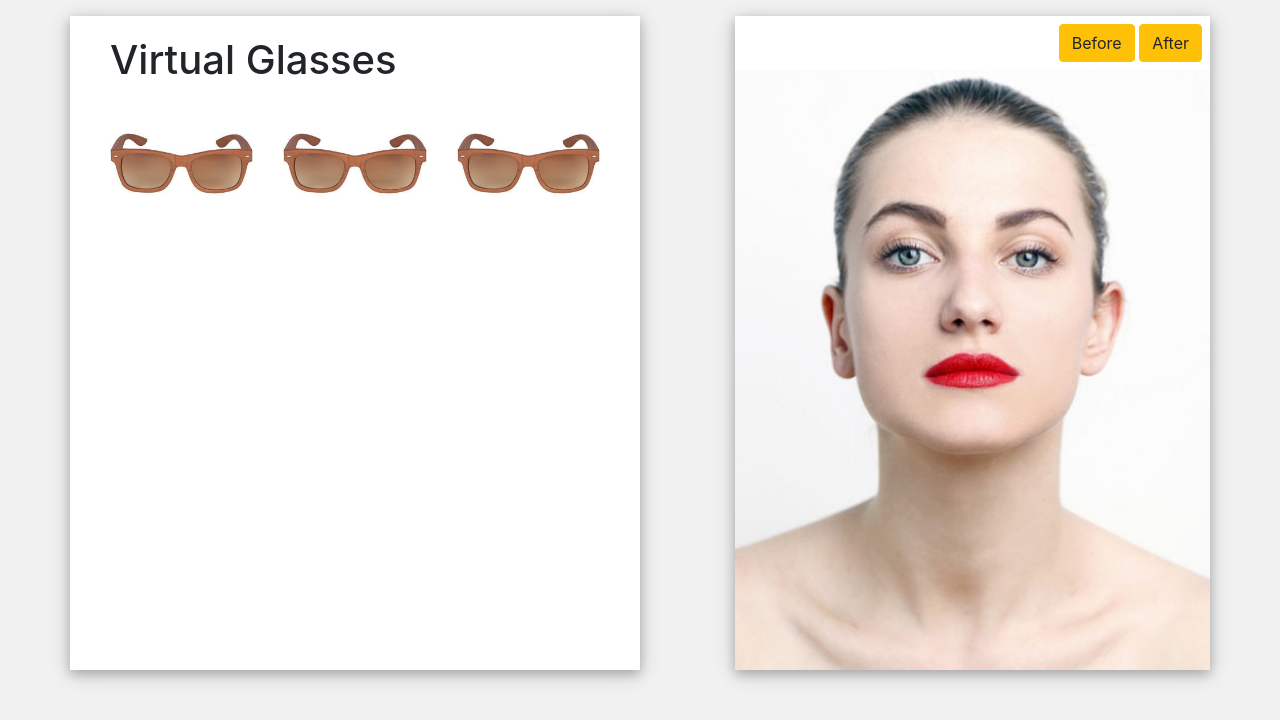
Repository: Khoi300399/BC35E_ES6_B2_MaThanhKhoi
Page: index.html
These files come from the project's save history. The page is drawn as it stood at one moment and after the next save; the edit follows.
The browser window is 1280 px wide. The pictures show the whole page.

Above is the page before, as saved 2022-10-21 17:43:37.

### index.html
<!DOCTYPE html>
<html lang="en">
  <head>
    <title>Virtual Glasses</title>
    <!-- Required meta tags -->
    <meta charset="utf-8" />
    <meta
      name="viewport"
      content="width=device-width, initial-scale=1, shrink-to-fit=no"
    />

    <!-- Bootstrap CSS -->
    <link
      rel="stylesheet"
      href="https://stackpath.bootstrapcdn.com/bootstrap/4.3.1/css/bootstrap.min.css"
      integrity="sha384-ggOyR0iXCbMQv3Xipma34MD+dH/1fQ784/j6cY/iJTQUOhcWr7x9JvoRxT2MZw1T"
      crossorigin="anonymous"
    />

    <!-- Main CSS -->
    <link rel="stylesheet" href="./css/index.css" />
  </head>

  <body>
    <div class="container vglasses py-3">
      <div class="row justify-content-between">
        <div class="col-6 vglasses__left">
          <div class="row">
            <div class="col-12">
              <h1 class="mb-2">Virtual Glasses</h1>
            </div>
          </div>
          <div class="row" id="vglassesList">
            <div class="col-4 .vglasses__items">
              <img src="./img/g1.jpg" alt="" />
            </div>

            <div class="col-4 .vglasses__items">
              <img src="./img/g1.jpg" alt="" />
            </div>

            <div class="col-4 .vglasses__items">
              <img src="./img/g1.jpg" alt="" />
            </div>
          </div>
        </div>
        <div class="col-5 vglasses__right p-0">
          <div class="vglasses__card">
            <div class="mb-2 text-right mt-2 mr-2">
              <button class="btn btn-warning" onclick="removeGlasses(false)">
                Before
              </button>
              <button class="btn btn-warning" onclick="removeGlasses(true)">
                After
              </button>
            </div>
            <div class="vglasses__model" id="avatar"></div>
            <div id="glassesInfo" class="vglasses__info"></div>
          </div>
        </div>
      </div>
    </div>

    <!-- Optional JavaScript -->
    <!-- jQuery first, then Popper.js, then Bootstrap JS -->
    <script
      src="https://code.jquery.com/jquery-3.4.1.js"
      integrity="sha256-WpOohJOqMqqyKL9FccASB9O0KwACQJpFTUBLTYOVvVU="
      crossorigin="anonymous"
    ></script>
    <!-- <script src="https://code.jquery.com/jquery-3.3.1.slim.min.js" integrity="sha384-q8i/X+965DzO0rT7abK41JStQIAqVgRVzpbzo5smXKp4YfRvH+8abtTE1Pi6jizo" crossorigin="anonymous"></script> -->
    <script
      src="https://cdnjs.cloudflare.com/ajax/libs/popper.js/1.14.7/umd/popper.min.js"
      integrity="sha384-UO2eT0CpHqdSJQ6hJty5KVphtPhzWj9WO1clHTMGa3JDZwrnQq4sF86dIHNDz0W1"
      crossorigin="anonymous"
    ></script>
    <script
      src="https://stackpath.bootstrapcdn.com/bootstrap/4.3.1/js/bootstrap.min.js"
      integrity="sha384-JjSmVgyd0p3pXB1rRibZUAYoIIy6OrQ6VrjIEaFf/nJGzIxFDsf4x0xIM+B07jRM"
      crossorigin="anonymous"
    ></script>

    <!-- MAIN JS -->
    <script type="module" src="./js/main.js"></script>
  </body>
</html>

### css/index.css
/* GLOBAL */
* {
  box-sizing: border-box;
}
body {
  background: #f1f1f1;
}

/* MAIN CSS */
.vglasses__left {
  background-color: white;
  padding: 20px 40px;
  box-shadow: 0 4px 10px 0 rgba(0, 0, 0, 0.2), 0 4px 20px 0 rgba(0, 0, 0, 0.19);
}
.vglasses__left .col-4 {
  align-self: center;
}
.vglasses__items {
  cursor: pointer;
  width: 50px;
  height: 50px;
}

.vglasses__left img {
  width: 100%;
  height: 100%;
}

.vglasses__right {
  box-shadow: 0 4px 10px 0 rgba(0, 0, 0, 0.2), 0 4px 20px 0 rgba(0, 0, 0, 0.19);
}

.vglasses__model {
  background-image: url("../img/model.jpg");
  background-position: center top;
  background-size: cover;
  height: 600px;
}

.vglasses__model img {
  position: absolute;
  top: 32%;
  left: 25%;
  width: 238px;
  height: 85px;
  opacity: 0.9;
}

.vglasses__card {
  position: relative;
  overflow: hidden;
  background-color: white;
}

.vglasses__info {
  position: absolute;
  bottom: 0;
  left: 0;
  background-color: rgba(0, 0, 0, 0.7);
  width: 100%;
  color: white;
  padding: 20px;
  display: none;
}

#glasses {
  transition: all 0.5s;
}

### js/main.js
let dataGlasses = [
    { id: "G1", src: "./img/g1.jpg", virtualImg: "./img/v1.png", brand: "Armani Exchange", name: "Bamboo wood", color: "Brown", price: 150, description: "Lorem ipsum dolor sit amet consectetur adipisicing elit. Nobis ea voluptates officiis? " },
    { id: "G2", src: "./img/g2.jpg", virtualImg: "./img/v2.png", brand: "Arnette", name: "American flag", color: "American flag", price: 150, description: "Lorem ipsum dolor, sit amet consectetur adipisicing elit. In assumenda earum eaque doloremque, tempore distinctio." },
    { id: "G3", src: "./img/g3.jpg", virtualImg: "./img/v3.png", brand: "Burberry", name: "Belt of Hippolyte", color: "Blue", price: 100, description: "Lorem ipsum dolor, sit amet consectetur adipisicing elit." },
    { id: "G4", src: "./img/g4.jpg", virtualImg: "./img/v4.png", brand: "Coarch", name: "Cretan Bull", color: "Red", price: 100, description: "In assumenda earum eaque doloremque, tempore distinctio." },
    { id: "G5", src: "./img/g5.jpg", virtualImg: "./img/v5.png", brand: "D&G", name: "JOYRIDE", color: "Gold", price: 180, description: "Lorem ipsum dolor, sit amet consectetur adipisicing elit. Error odio minima sit labore optio officia?" },
    { id: "G6", src: "./img/g6.jpg", virtualImg: "./img/v6.png", brand: "Polo", name: "NATTY ICE", color: "Blue, White", price: 120, description: "Lorem ipsum dolor, sit amet consectetur adipisicing elit." },
    { id: "G7", src: "./img/g7.jpg", virtualImg: "./img/v7.png", brand: "Ralph", name: "TORTOISE", color: "Black, Yellow", price: 120, description: "Lorem ipsum dolor sit amet consectetur adipisicing elit. Enim sint nobis incidunt non voluptate quibusdam." },
    { id: "G8", src: "./img/g8.jpg", virtualImg: "./img/v8.png", brand: "Polo", name: "NATTY ICE", color: "Red, Black", price: 120, description: "Lorem ipsum dolor sit amet consectetur adipisicing elit. Reprehenderit, unde enim." },
    { id: "G9", src: "./img/g9.jpg", virtualImg: "./img/v9.png", brand: "Coarch", name: "MIDNIGHT VIXEN REMIX", color: "Blue, Black", price: 120, description: "Lorem ipsum dolor sit amet consectetur adipisicing elit. Sit consequatur soluta ad aut laborum amet." }
];

After the next save:
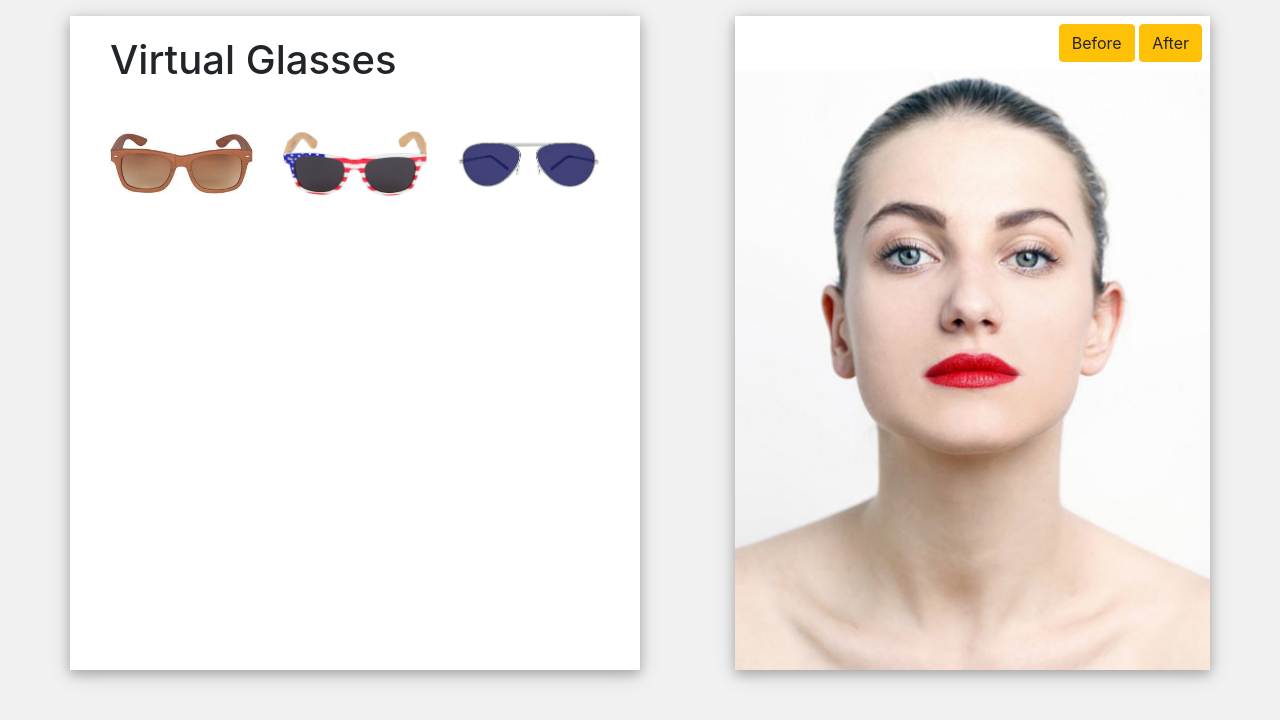
Saved 6 s later.
--- a/index.html
+++ b/index.html
@@ -36,11 +36,11 @@
             </div>
 
             <div class="col-4 .vglasses__items">
-              <img src="./img/g1.jpg" alt="" />
+              <img src="./img/g2.jpg" alt="" />
             </div>
 
             <div class="col-4 .vglasses__items">
-              <img src="./img/g1.jpg" alt="" />
+              <img src="./img/g3.jpg" alt="" />
             </div>
           </div>
         </div>
